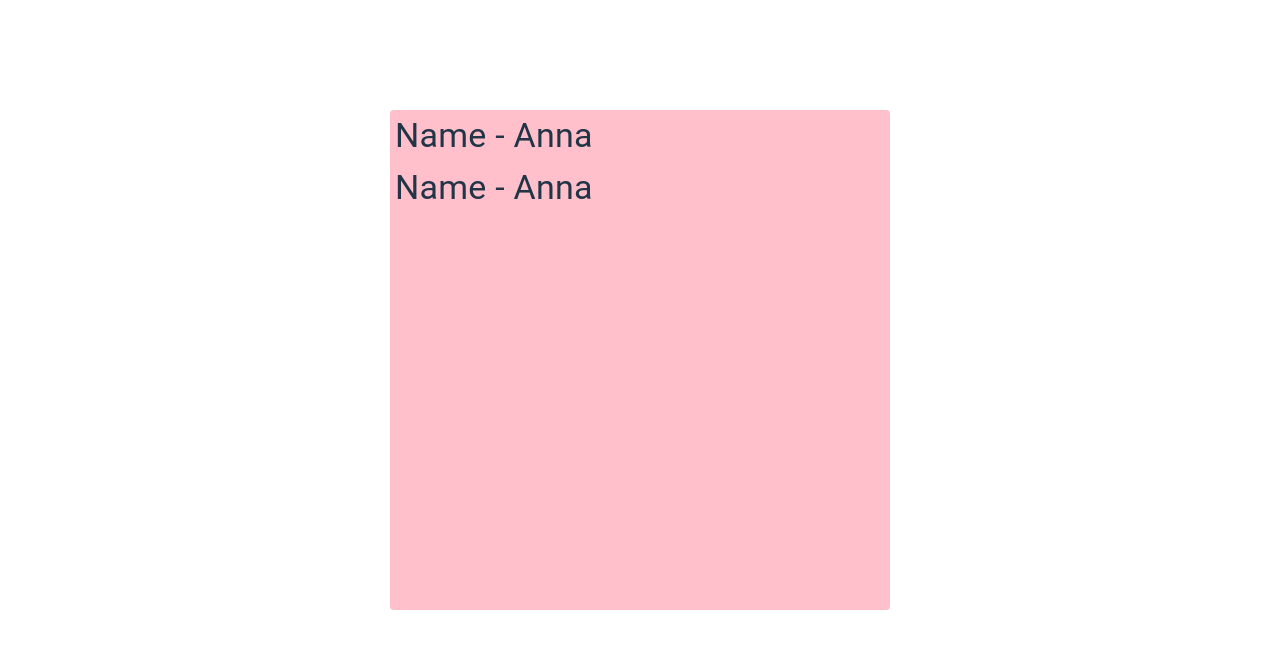
Repository: savannaaaas/props
Page: /
These files come from the project's save history. The page is drawn as it stood at one moment and after the next save; the edit follows.
The browser window is 1280 px wide. The pictures show the whole page.
The project was rebuilt for these pictures with package versions that can differ from the ones it lists, and the page was loaded fresh each time. Also part of the build but not shown: vite.config.js.

Above is the page before, as saved 2025-07-07 23:42:31.

After the next save:
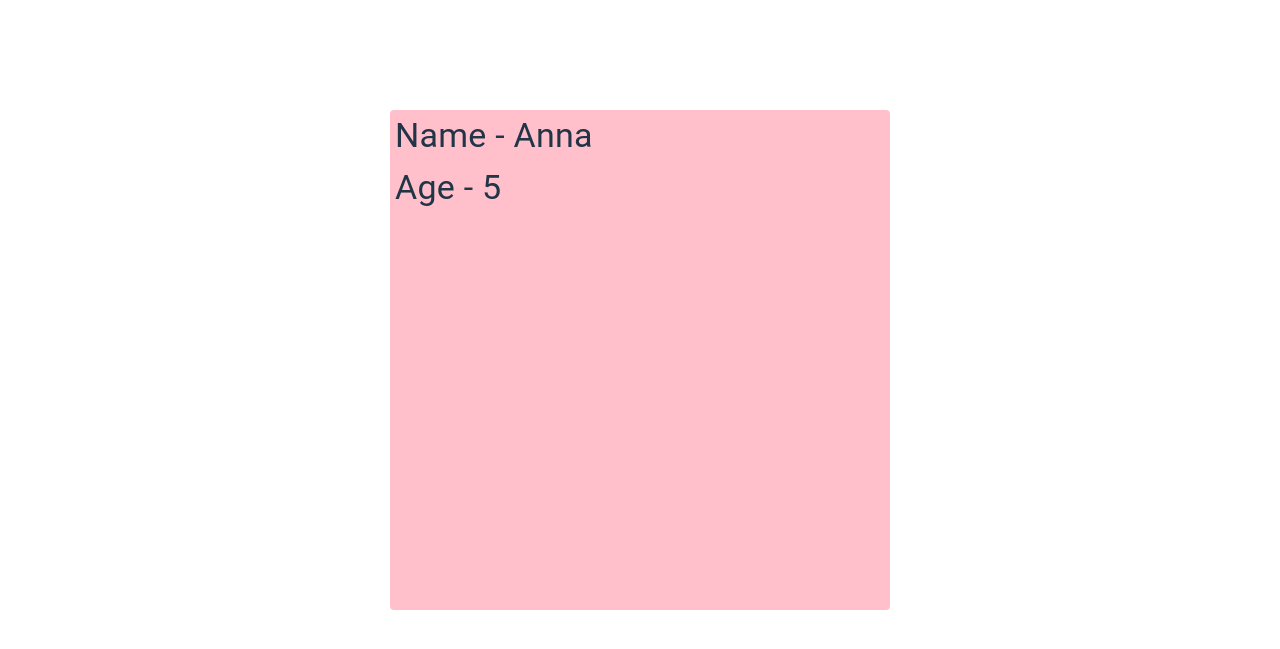
Saved 8 s later.
--- a/src/components/Person.jsx
+++ b/src/components/Person.jsx
@@ -6,7 +6,7 @@ export const Person = ({ name, age }) => {
         Name - {name}
       </Typography>
       <Typography variant="h4" align="left" style={{ padding: "5px" }}>
-        Name - {name}
+        Age - {age}
       </Typography>
     </>
   );
